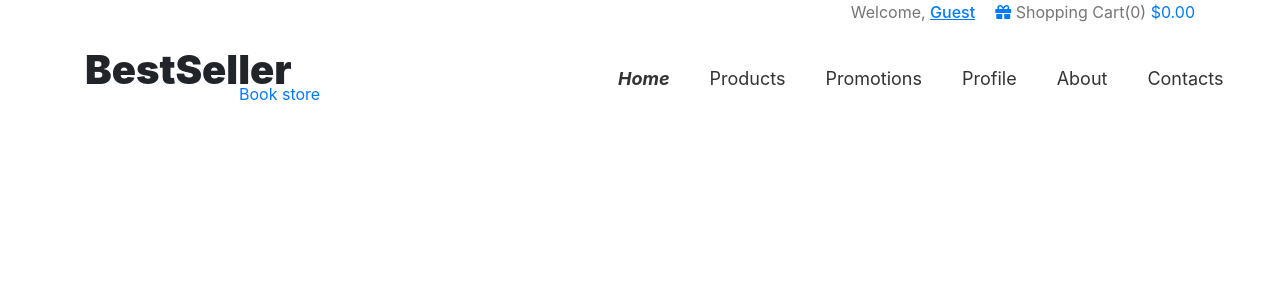
Repository: phunobi1807/BestSeller
Page: index.html
An editor plug-in stored every save of this project. The page is shown before and after the next save, followed by the edit.
The browser window is 1280 px wide. The pictures show the whole page.

Above is the page before, as saved 2021-06-28 22:38:21.

### index.html
<!DOCTYPE html>
<html lang="en">
<head>
    <meta charset="UTF-8">
    <meta http-equiv="X-UA-Compatible" content="IE=edge">
    <meta name="viewport" content="width=device-width, initial-scale=1.0">
    <title>BestSeller</title>
    <link rel="stylesheet" href="./css/style.css">
</head>
<body>
    <header id="header">
        <div class="container">
            <div class="top-header">
                <div class="top-nav">
                    <p class="top-nav__text">Welcome, <a href="#" class="top-nav__text-link">Guest</a></p>
                    <div class="top-nav__shopping-cart">
                        <i  class="top-nav__icon fas fa-gift"></i>
                        <span class="top-nav__cart">Shopping Cart(0) <a href="#">$0.00</a></span>
                    </div>
                </div>
                <div class="navigation">
                    <div class="row">
                        <div class="col-lg-4">
                            <div class="navigation-logo">
                                <div class="navigation-logo__text">
                                    <span class="navigation-logo__text-big">BestSeller</span>
                                    <span class="navigation-logo__text-small">Book store</span>
                                </div>
                            </div>
                        </div>
                        <div class="col-lg-6">
                           <ul class="navigation-menu">
                               <li class="navigation-menu__item navigation-menu__item--active" >Home</li>
                               <li class="navigation-menu__item">Products</li>
                               <li class="navigation-menu__item">Promotions</li>
                               <li class="navigation-menu__item">Profile</li>
                               <li class="navigation-menu__item">About</li>
                               <li class="navigation-menu__item">Contacts</li>
                           </ul>
                        </div>
                    </div>
                </div>
            </div>
        </div>
    </header>
    <div id="content">

    </div>
<link rel="stylesheet" href="https://use.fontawesome.com/releases/v5.15.3/css/all.css" integrity="sha384-SZXxX4whJ79/gErwcOYf+zWLeJdY/qpuqC4cAa9rOGUstPomtqpuNWT9wdPEn2fk" crossorigin="anonymous">
<link rel="stylesheet" href="https://maxcdn.bootstrapcdn.com/bootstrap/4.5.2/css/bootstrap.min.css">
<script src="https://ajax.googleapis.com/ajax/libs/jquery/3.5.1/jquery.min.js"></script>
<script src="https://cdnjs.cloudflare.com/ajax/libs/popper.js/1.16.0/umd/popper.min.js"></script>
<script src="https://maxcdn.bootstrapcdn.com/bootstrap/4.5.2/js/bootstrap.min.js"></script>
</body>
</html>

### css/style.css
@import url(https://fonts.googleapis.com/css2?family=Roboto:wght@100;200;300;400;500;600;800;900&display=swap);
:root {
    --color-primary: #007bff;
}

* {
    box-sizing: inherit;
}

html {
    box-sizing: border-box;
    margin: 0;
    font-family: 'Roboto', sans-serif;
}

/* top nav  */

.top-nav {
    display: flex;
    justify-content: flex-end;
}

.top-nav__text {
    padding: 0 20px;
}

.top-nav__text-link {
    font-weight: 500;
    text-decoration: underline;
}

.top-nav__text, .top-nav__cart {
    color: #767575;
}

.top-nav__icon {
    color: var(--color-primary);
}

/* logo-menu  */

.navigation-logo {
    position: relative;
}

.navigation-logo__text-big {
    font-size: 40px;
    font-weight: 900;
}

.navigation-logo__text-small {
    position: absolute;
    bottom: 0;
    left: 44%;
    top: 70%;
    color: var(--color-primary);
}

/* Danh sach menu  */

.navigation-menu {
    display: flex;
    line-height: 78px;
    list-style: none;
    padding: 0 133px;
}

.navigation-menu__item--active {
    font-style: italic;
    font-weight: bold;
}

.navigation-menu__item {
    font-size: 18px;
    margin: 0 20px;
    color: #333;
}

After the next save:
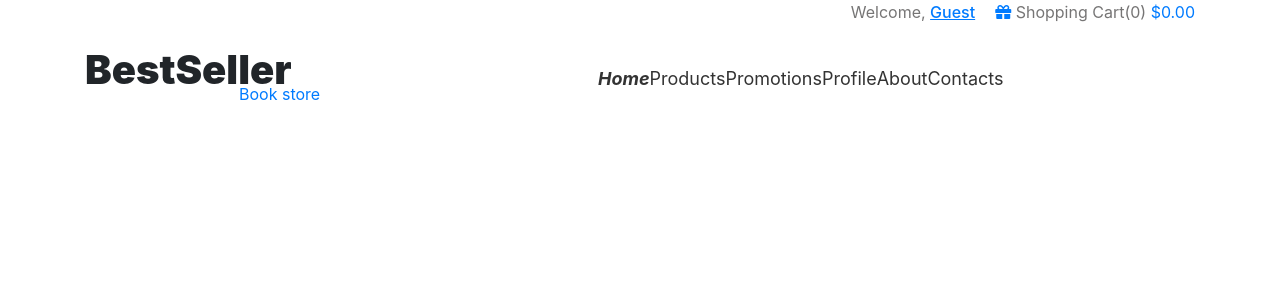
Saved 9 s later.
--- a/css/style.css
+++ b/css/style.css
@@ -72,6 +72,5 @@ html {
 
 .navigation-menu__item {
     font-size: 18px;
-    margin: 0 20px;
     color: #333;
 }
